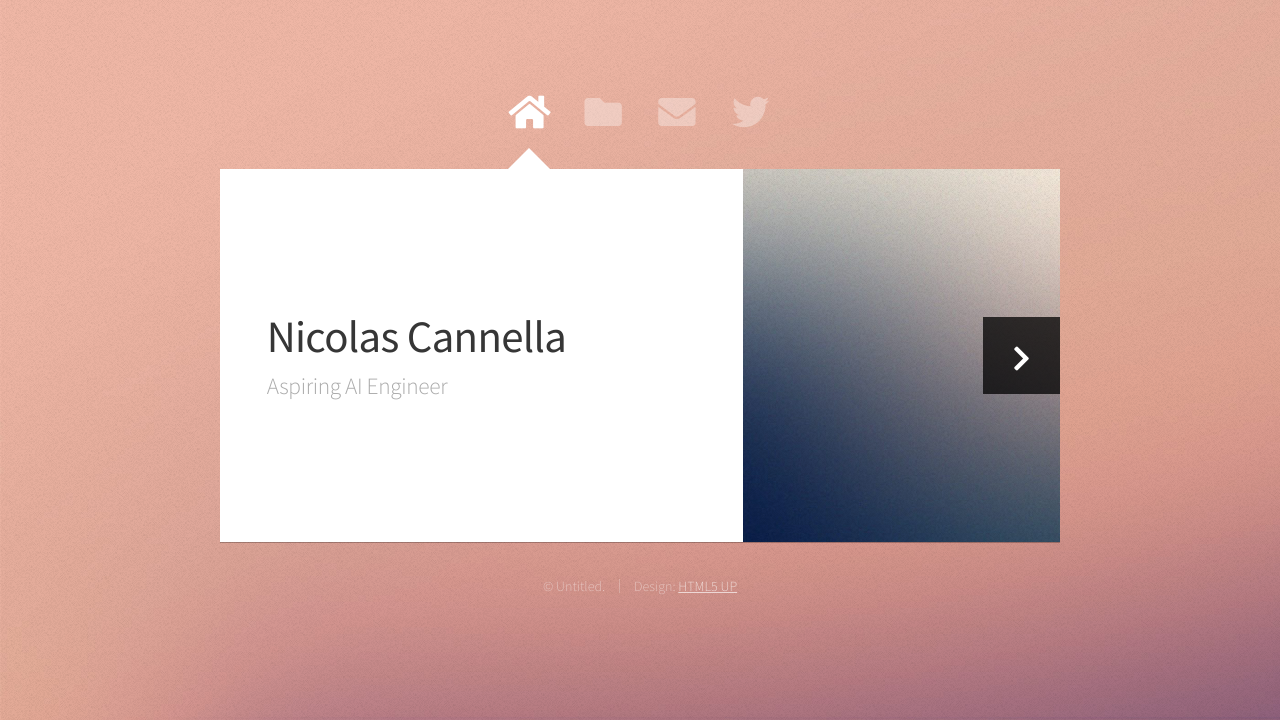
Repository: Lunarros/personal-website
Page: index.html
The author's editor kept a copy of each file at every save. The page is drawn from the files as they stood at one save, then again after the next save.
The browser window is 1280 px wide. The pictures show the whole page.

Above is the page before, as saved 2024-07-26 00:53:04.

### index.html
<!DOCTYPE HTML>
<!--
	Astral by HTML5 UP
	html5up.net | @ajlkn
	Free for personal and commercial use under the CCA 3.0 license (html5up.net/license)
-->
<html>
	<head>
		<title>Astral by HTML5 UP</title>
		<meta charset="utf-8" />
		<meta name="viewport" content="width=device-width, initial-scale=1, user-scalable=no" />
		<link rel="stylesheet" href="assets/css/main.css" />
		<noscript><link rel="stylesheet" href="assets/css/noscript.css" /></noscript>
	</head>
	<body class="is-preload">

		<!-- Wrapper-->
			<div id="wrapper">

				<!-- Nav -->
					<nav id="nav">
						<a href="#" class="icon solid fa-home"><span>Home</span></a>
						<a href="#work" class="icon solid fa-folder"><span>Work</span></a>
						<a href="#contact" class="icon solid fa-envelope"><span>Contact</span></a>
						<a href="https://twitter.com/ajlkn" class="icon brands fa-twitter"><span>Twitter</span></a>
					</nav>

				<!-- Main -->
					<div id="main">

						<!-- Me -->
							<article id="home" class="panel intro">
								<header>
									<h1>Nicolas Cannella</h1>
									<p>Aspiring AI Engineer</p>
								</header>
								<a href="#work" class="jumplink pic">
									<span class="arrow icon solid fa-chevron-right"><span>See my work</span></span>
									<img src="images/me.jpg" alt="" />
								</a>
							</article>

						<!-- Work -->
							<article id="work" class="panel">
								<header>
									<h2>Work</h2>
								</header>
								<p>
									Phasellus enim sapien, blandit ullamcorper elementum eu, condimentum eu elit.
									Vestibulum ante ipsum primis in faucibus orci luctus et ultrices posuere cubilia
									luctus elit eget interdum.
								</p>
								<section>
									<div class="row">
										<div class="col-4 col-6-medium col-12-small">
											<a href="#" class="image fit"><img src="images/pic01.jpg" alt=""></a>
										</div>
										<div class="col-4 col-6-medium col-12-small">
											<a href="#" class="image fit"><img src="images/pic02.jpg" alt=""></a>
										</div>
										<div class="col-4 col-6-medium col-12-small">
											<a href="#" class="image fit"><img src="images/pic03.jpg" alt=""></a>
										</div>
										<div class="col-4 col-6-medium col-12-small">
											<a href="#" class="image fit"><img src="images/pic04.jpg" alt=""></a>
										</div>
										<div class="col-4 col-6-medium col-12-small">
											<a href="#" class="image fit"><img src="images/pic05.jpg" alt=""></a>
										</div>
										<div class="col-4 col-6-medium col-12-small">
											<a href="#" class="image fit"><img src="images/pic06.jpg" alt=""></a>
										</div>
										<div class="col-4 col-6-medium col-12-small">
											<a href="#" class="image fit"><img src="images/pic07.jpg" alt=""></a>
										</div>
										<div class="col-4 col-6-medium col-12-small">
											<a href="#" class="image fit"><img src="images/pic08.jpg" alt=""></a>
										</div>
										<div class="col-4 col-6-medium col-12-small">
											<a href="#" class="image fit"><img src="images/pic09.jpg" alt=""></a>
										</div>
										<div class="col-4 col-6-medium col-12-small">
											<a href="#" class="image fit"><img src="images/pic10.jpg" alt=""></a>
										</div>
										<div class="col-4 col-6-medium col-12-small">
											<a href="#" class="image fit"><img src="images/pic11.jpg" alt=""></a>
										</div>
										<div class="col-4 col-6-medium col-12-small">
											<a href="#" class="image fit"><img src="images/pic12.jpg" alt=""></a>
										</div>
									</div>
								</section>
							</article>

						<!-- Contact -->
							<article id="contact" class="panel">
								<header>
									<h2>Contact Me</h2>
								</header>
								<form action="#" method="post">
									<div>
										<div class="row">
											<div class="col-6 col-12-medium">
												<input type="text" name="name" placeholder="Name" />
											</div>
											<div class="col-6 col-12-medium">
												<input type="text" name="email" placeholder="Email" />
											</div>
											<div class="col-12">
												<input type="text" name="subject" placeholder="Subject" />
											</div>
											<div class="col-12">
												<textarea name="message" placeholder="Message" rows="6"></textarea>
											</div>
											<div class="col-12">
												<input type="submit" value="Send Message" />
											</div>
										</div>
									</div>
								</form>
							</article>

					</div>

				<!-- Footer -->
					<div id="footer">
						<ul class="copyright">
							<li>&copy; Untitled.</li><li>Design: <a href="http://html5up.net">HTML5 UP</a></li>
						</ul>
					</div>

			</div>

		<!-- Scripts -->
			<script src="assets/js/jquery.min.js"></script>
			<script src="assets/js/browser.min.js"></script>
			<script src="assets/js/breakpoints.min.js"></script>
			<script src="assets/js/util.js"></script>
			<script src="assets/js/main.js"></script>

	</body>
</html>

Loaded but not shown: assets/css/fontawesome-all.min.css (library); assets/js/jquery.min.js (library); assets/js/browser.min.js (common file); assets/js/breakpoints.min.js (common file); assets/js/util.js (587 lines, source omitted); assets/js/main.js (212 lines, source omitted); assets/css/main.css (2191 lines, source omitted)

After the next save:
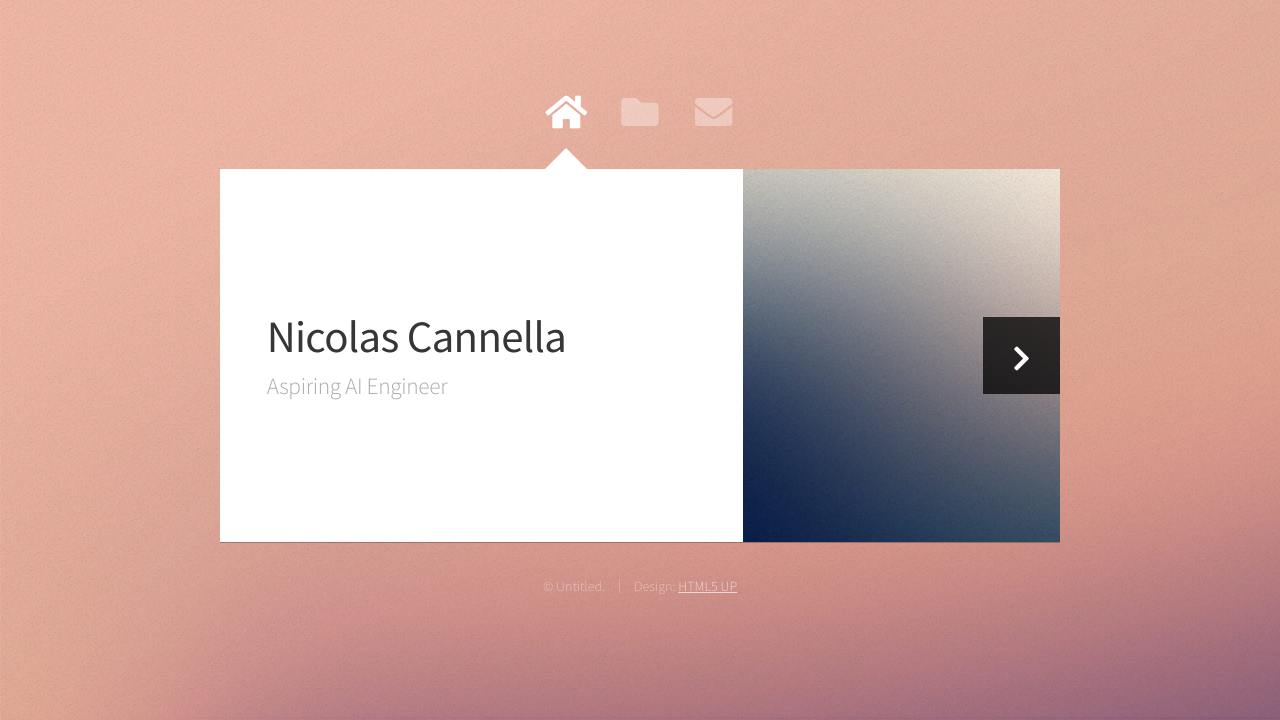
Saved 91 min 30 s later.
--- a/index.html
+++ b/index.html
@@ -22,7 +22,7 @@
 						<a href="#" class="icon solid fa-home"><span>Home</span></a>
 						<a href="#work" class="icon solid fa-folder"><span>Work</span></a>
 						<a href="#contact" class="icon solid fa-envelope"><span>Contact</span></a>
-						<a href="https://twitter.com/ajlkn" class="icon brands fa-twitter"><span>Twitter</span></a>
+
 					</nav>
 
 				<!-- Main -->
